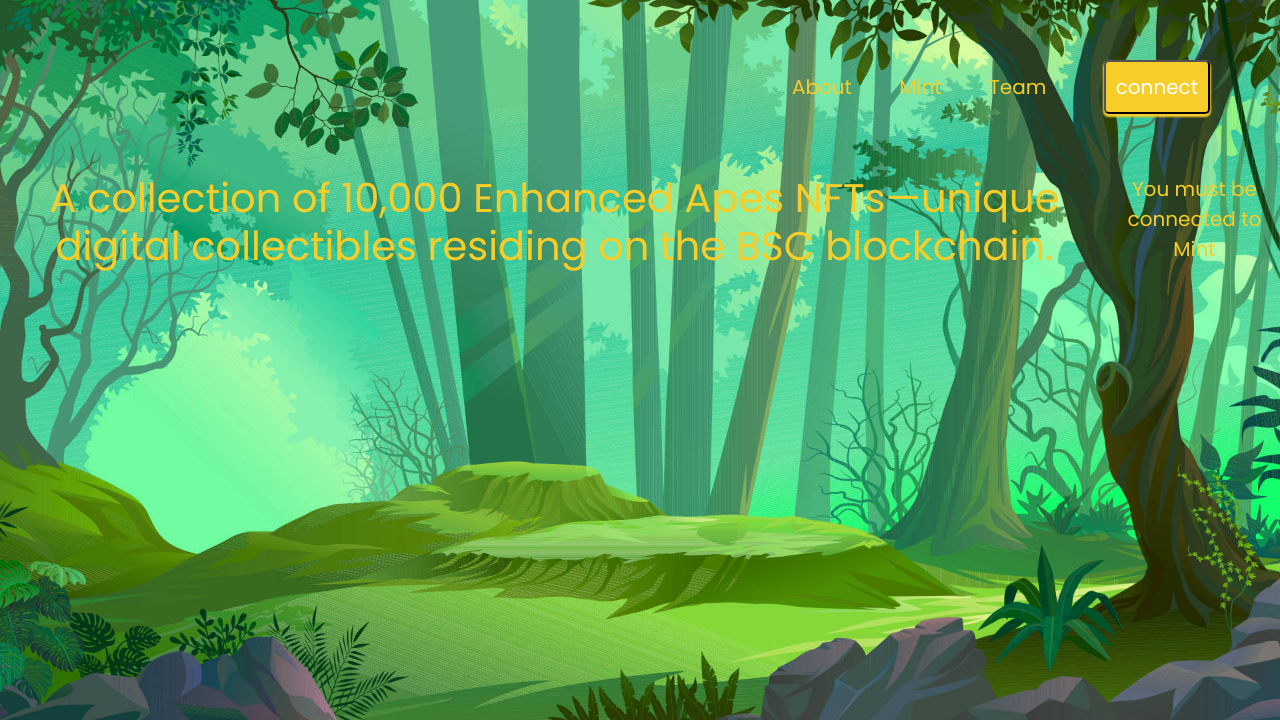
Repository: Stephegbenga/Minting-Dapp
Page: /
These files come from the project's save history. The page is drawn as it stood at one moment and after the next save; the edit follows.
The browser window is 1280 px wide. The pictures show the whole page.
The project was rebuilt for these pictures with package versions that can differ from the ones it lists, and the page was loaded fresh each time.

Above is the page before, as saved 2022-04-07 17:09:40.

### public/index.html
<!DOCTYPE html>
<html lang="en">
  <head>
    <meta charset="utf-8" />
    <link rel="icon" href="%PUBLIC_URL%/En favicon.ico" />
    <meta name="viewport" content="width=device-width, initial-scale=1" />
    <meta name="theme-color" content="#000000" />
    <meta
      name="description"
      content="Web site created using create-react-app"
    />

    <link rel="apple-touch-icon" href="%PUBLIC_URL%/logo192.png" />
    <!--
      manifest.json provides metadata used when your web app is installed on a
      user's mobile device or desktop. See https://developers.google.com/web/fundamentals/web-app-manifest/
    -->
    <link rel="manifest" href="%PUBLIC_URL%/manifest.json" />
    <!--
      Notice the use of %PUBLIC_URL% in the tags above.
      It will be replaced with the URL of the `public` folder during the build.
      Only files inside the `public` folder can be referenced from the HTML.

      Unlike "/favicon.ico" or "favicon.ico", "%PUBLIC_URL%/favicon.ico" will
      work correctly both with client-side routing and a non-root public URL.
      Learn how to configure a non-root public URL by running `npm run build`.
    -->
    <link rel="stylesheet" href="https://stackpath.bootstrapcdn.com/bootstrap/4.3.1/css/bootstrap.min.css"/>

    <title>React App</title>
  </head>
  <body>
    <noscript>You need to enable JavaScript to run this app.</noscript>
    <div id="root"></div>
    <!--
      This HTML file is a template.
      If you open it directly in the browser, you will see an empty page.

      You can add webfonts, meta tags, or analytics to this file.
      The build step will place the bundled scripts into the <body> tag.

      To begin the development, run `npm start` or `yarn start`.
      To create a production bundle, use `npm run build` or `yarn build`.
    -->
  </body>
</html>

### src/index.js
import React from 'react';
import ReactDOM  from 'react-dom';
import './index.css';
import App from './App';
import './Font/ThunderDemo.ttf'


ReactDOM.render(
  <App />,
  document.getElementById('root')

);

### src/App.js
import './App.css';


import { useState } from 'react';
import './App.css';
import MainMint from './MainMint'
import Navbar from './NavBar'

function App() {
    const [accounts, setAccounts] = useState([]);

    return (
        <div className="overlay">
            <div className='App'>
                <Navbar accounts={accounts} setAccounts={setAccounts} />
                <MainMint accounts={accounts} setAccounts={setAccounts} />
            </div>
            <div className='Background'></div>
        </div>
    );
}

export default App;

### src/App.css
@import url("https://fonts.googleapis.com/css?family=Poppins");


.App {
  text-align: center;
  font-family: "poppins";
  font-size: 20px;
  color: #f7cd2a;
}

* {
  box-sizing: border-box;
}

body {
  overflow: hidden;
}

.overlay {
  opacity: 1;
  width: 100%;
  height: 100%;
  z-index: 10;
  top: 0;
  left: 0;
  position: fixed;
}

.Background {
  z-index: -1;
  position: absolute;
  top: 0;
  left: 0;
  right: 0;
  bottom: 0;
  background-image: url("./Assets/Background/background.jpg");
  background-size: cover;
  background-repeat: no-repeat;
  background-attachment: fixed;
  background-position: 40% 40%;
}

### src/MainMint.js
import { useState } from "react";
import{ ethers, BigNumber } from "ethers";
import { Box, Button, Flex, Flow, Text, Input } from "@chakra-ui/react"
import Kongz from "./Kongz/Kongz.json";

const KongzAddress = "0x0aee4e215fd9c07093fc7c31f67028e291c633c5";

const MainMint = ({ accounts, setAccounts}) => {
    const [mintAmount, setMintAmount] = useState(1);
    const isConnected = Boolean(accounts[0]);

    async function handleMint() {
        if (window.ethereum) {
            const provider = new ethers.providers.Web3Provider(window.ethereum);
            const signer = provider.getSigner();
            const contract = new ethers.Contract(
                KongzAddress,
                Kongz.abi,
                signer
            );
            try {
                const response = await contract.mint(BigNumber.from(mintAmount));
                console.log('response: ', response);
            }   catch (err) {
                console.log("error: ", err)
            }
        }
    }

    const handleDecrement = () => {
        if (mintAmount <= 1) return;
        setMintAmount(mintAmount + 1);
    };

    return (
        <Flex>
            <h1>A collection of 10,000 Enhanced Apes NFTs—unique digital collectibles residing on the BSC blockchain.</h1>
            {isConnected ? (
            <div>
                <div>
                    <button onClick={handleDecrement}>-</button>
                    <input type="number" value={mintAmount} />
                    <button onClick={handleDecrement}>+</button>
                </div>
                <button onClick={handleMint}>Mint Now</button>
            </div>
        ) : (
            <p>You must be connected to Mint</p>
        )}
        </Flex>

    );
};

export default MainMint;

### src/NavBar.js
import React from "react";
import { Box, Button, Flex, Flow, Image, Link, Spacer } from "@chakra-ui/react"

const Navbar = ({ accounts, setAccounts }) => {
    const isConnected = Boolean(accounts[0]);

    async function connectAccount() {
        if (window.ethereum) {
            const accounts = await window.ethereum.request({
               method: "eth_requestAccounts",
            });
            setAccounts(accounts);
        }
    }

    return (
        <Flex justify="space-between" align="center" padding="30px">
            {/* { left side - socials } */}

            <Flex justify="space-around" width="40%" padding="0 75px">

            </Flex>

            {/* {RIght SIde - Section and connect} */}
            <Flex
                justify="space-around"
                align="center"
                width="40%"
                padding="30px"
            >
            <box margin="0 15px">About</box>
            <Spacer />
            <box margin="0 15px">Mint</box>
            <Spacer />
            <box margin="0 15px">Team</box>
            <Spacer />


            {/* connect */}
            {isConnected ? (
                <box margin="0 15px">Conncted</box>
            ) : (
                <Button
                    backgroundColor="#f7cd2a"
                    borderRadius="5px"
                    boxShadow="0px 2px 2px 1px #f7cd2a"
                    color="white"
                    fontFamily="inherit"
                    padding="10px"
                    margin="0 10px"
                    onClick={connectAccount}
                >
                    connect
                </Button>
            )}
            </Flex>
        </Flex>
    );

};

export default Navbar;

Loaded but not shown: src/index.css (common file); src/Kongz/Kongz.json (1020 lines, source omitted)

After the next save:
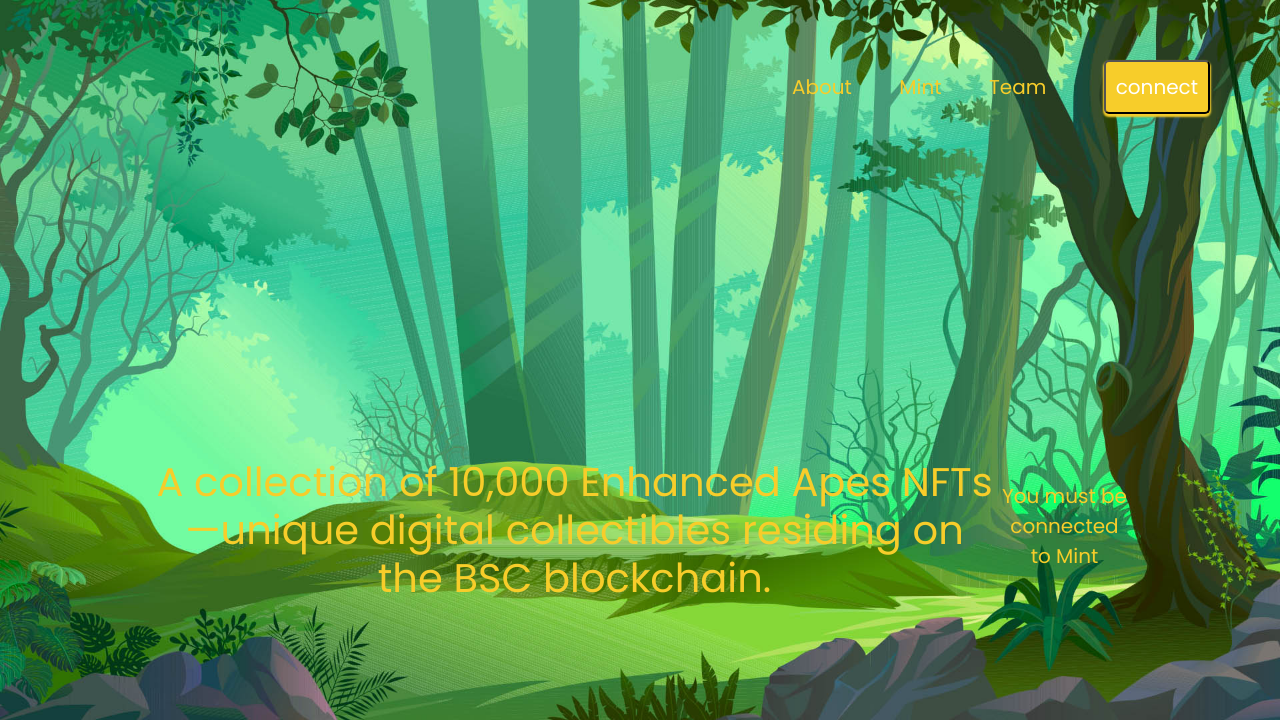
Saved 67 s later.
--- a/src/MainMint.js
+++ b/src/MainMint.js
@@ -33,7 +33,7 @@ const MainMint = ({ accounts, setAccounts}) => {
     };
 
     return (
-        <Flex>
+        <Flex justify="center" align="center" height="100vh" padding="150px">
             <h1>A collection of 10,000 Enhanced Apes NFTs—unique digital collectibles residing on the BSC blockchain.</h1>
             {isConnected ? (
             <div>
